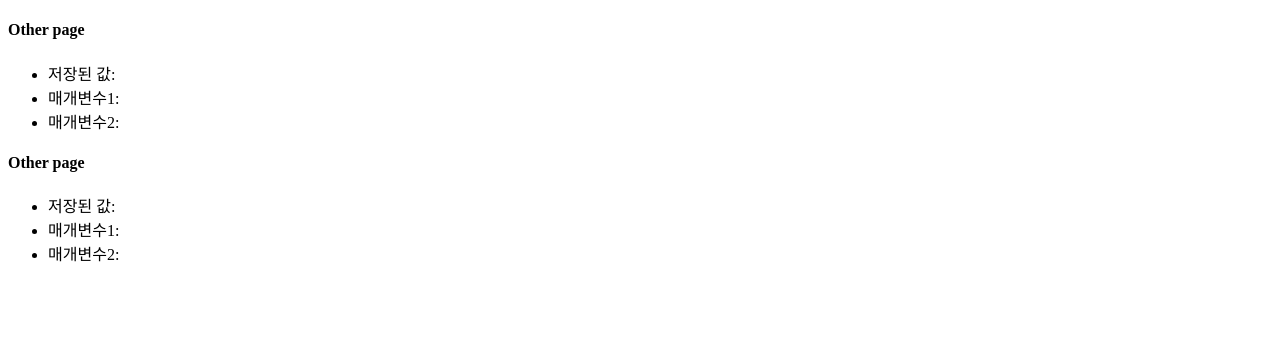
Repository: hyojinx/JspStudy
Page: http://localhost/jspstudy/11JSTL/CoreImport.jsp
These files come from the project's save history. The page is drawn as it stood at one moment and after the next save; the edit follows.
The browser window is 1280 px wide. The pictures show the whole page.
The page is served by Tomcat 9. Other server files are loaded and not shown.

Above is the page before, as saved 2023-04-10 05:38:05.

### jspstudy/src/main/webapp/11JSTL/CoreImport.jsp
<%@ page language="java" contentType="text/html; charset=UTF-8"
    pageEncoding="UTF-8"%>
<%@ taglib prefix="c" uri = "http://java.sun.com/jsp/jstl/core"%>
<!DOCTYPE html>
<html>
<head>
<meta charset="UTF-8">
<title>JSTL core import</title>
</head>
<body>
	<c:set var="reqVar" value="park" />
	<c:import url="./include/OtherPage.jsp" var="contents">
	</c:import>
	${contents}
	<c:import url="./include/OtherPage.jsp">
	</c:import>


</body>
</html>

### jspstudy/src/main/webapp/11JSTL/include/OtherPage.jsp
<%@ page language="java" contentType="text/html; charset=UTF-8"
    pageEncoding="UTF-8"%>
<h4>Other page</h4>
<ul>
	<li>저장된 값:${reqVar}</li>
	<li>매개변수1:${param.param1}</li>
	<li>매개변수2:${param.param2}</li>
</ul>

After the next save:
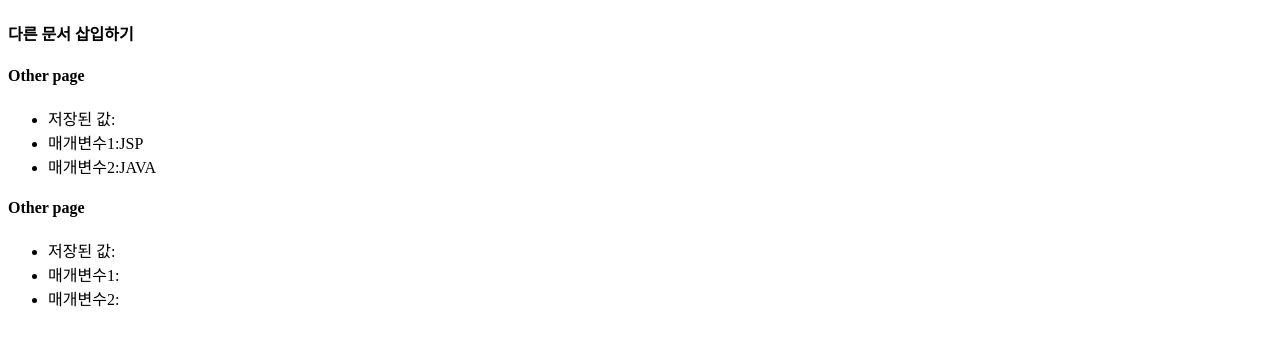
Saved 3 min 9 s later.
--- a/jspstudy/src/main/webapp/11JSTL/CoreImport.jsp
+++ b/jspstudy/src/main/webapp/11JSTL/CoreImport.jsp
@@ -10,7 +10,10 @@
 <body>
 	<c:set var="reqVar" value="park" />
 	<c:import url="./include/OtherPage.jsp" var="contents">
+		<c:param name="param1" value="JSP"/>
+		<c:param name="param2" value="JAVA"/>
 	</c:import>
+	<h4>다른 문서 삽입하기</h4>
 	${contents}
 	<c:import url="./include/OtherPage.jsp">
 	</c:import>
